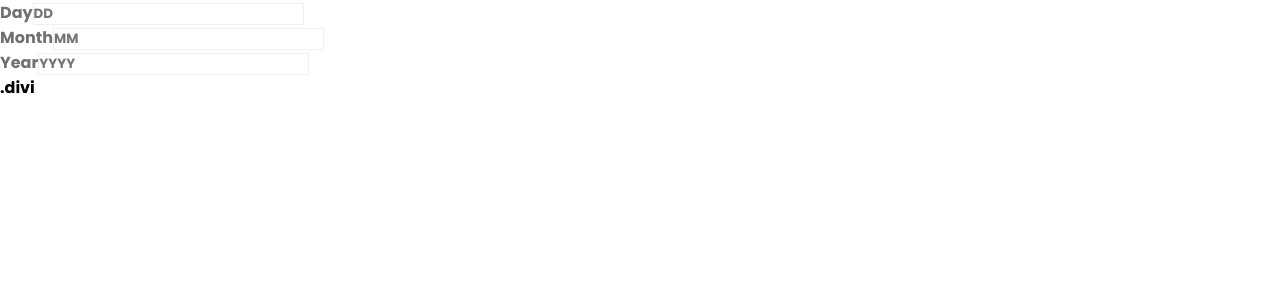
Repository: blordeus/age-calculator-app
Page: /
The author's editor kept a copy of each file at every save. The page is drawn from the files as they stood at one save, then again after the next save.
The browser window is 1280 px wide. The pictures show the whole page.
The project was rebuilt for these pictures with package versions that can differ from the ones it lists, and the page was loaded fresh each time.

Above is the page before, as saved 2023-08-23 15:15:11.

After the next save:
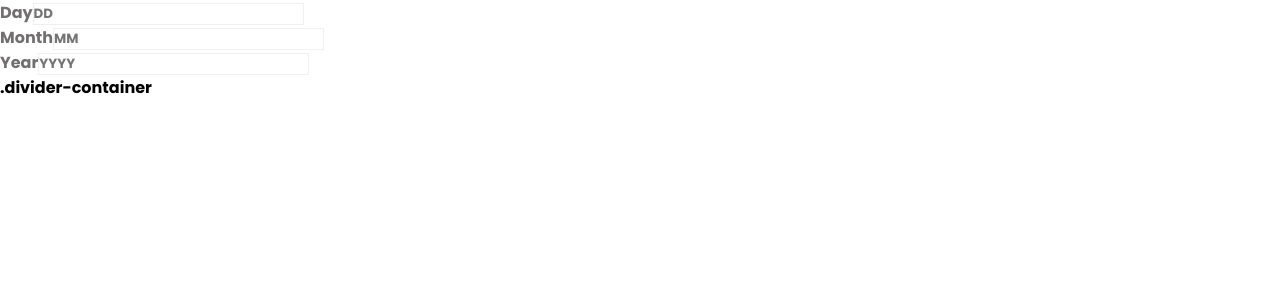
Saved 4 s later.
--- a/src/App.js
+++ b/src/App.js
@@ -94,7 +94,7 @@ const App = () => {
       <p className="error generic">{formErrors.generic}</p>
     )}
 
-    .divi
+    .divider-container
     </div>
   );
 };
